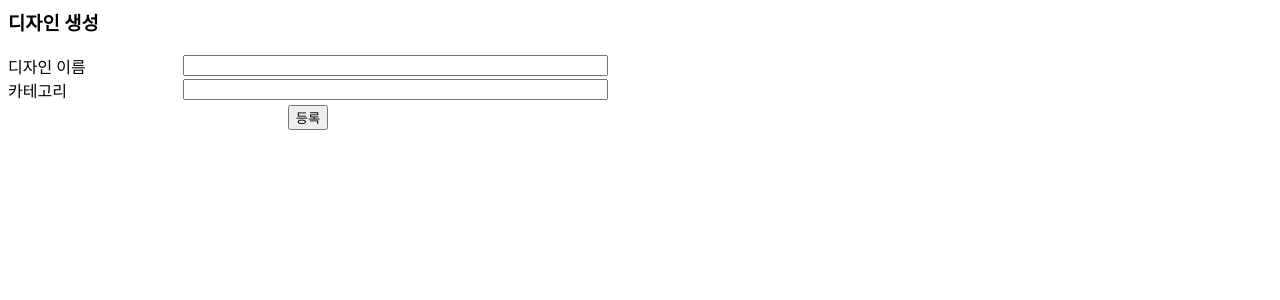
Repository: sjeong12/Photos
Page: http://localhost/LSJ_PHOTO/CustomDesign/addDesign.jsp
An editor plug-in stored every save of this project. The page is shown before and after the next save, followed by the edit.
The browser window is 1280 px wide. The pictures show the whole page.
The page is served by Tomcat 9. Other server files are loaded and not shown.

Above is the page before, as saved 2016-12-07 11:30:53.

### LSJ_PHOTO/WebContent/CustomDesign/addDesign.jsp
<%@ page language="java" contentType="text/html; charset=utf-8" %>
<!DOCTYPE HTML PUBLIC "-//W3C//DTD HTML 4.0 Transitional//EN">
<HTML>
 <HEAD>
  <TITLE>제품 업로드</TITLE>
 </HEAD>

<script language=javascript>
function valid_check()
{
	if (document.frm_d.name.value == "")
	{
		alert("세부 카테고리를 선택하세요");
		document.frm_d.name.focus();
		return false;
	}

	if (document.frm_d.category.value == "")
	{
		alert("카테고리를 선택하세요");
		document.frm_d.category.focus();
		return false;
	}

	document.frm_d.submit();
}
 </script>

<h3>디자인 생성</h3>
<BODY>
<FORM NAME = "frm_d" ACTION = "/LSJ_PHOTO/home.jsp?page=CustomDesign/addDesign_ok" METHOD = "post" ENCTYPE="multipart/form-data">
<TABLE WIDTH = "600" BORDER = "0" CellPadding = "0" CellSpacing = "0">
	<TR>
		<TD WIDTH = "40%" ALIGN = "left">디자인 이름</TD>
		<TD WIDTH = "60%" ALIGN = "left">
			<INPUT TYPE ="text" NAME="name" SIZE = "50" MAXLENGTH = "50">
		</TD>
	</TR>
	<TR>
		<TD WIDTH = "40%" ALIGN = "left">카테고리</TD>
		<TD WIDTH = "60%" ALIGN = "left">
			<INPUT TYPE ="text" NAME="category" SIZE = "50" MAXLENGTH = "50">
		</TD>
	</TR>
	<TR>
		<TD WIDTH = "100%" ALIGN = "center" COLSPAN = "2">
		<TABLE>
			<TR>
				<TD WIDTH = "34%" ALIGN = "center">
					<INPUT TYPE = "button" VALUE = "등록" onClick="valid_check()">
				</TD>
			</TR>
		</TABLE>
		</TD>
	</TR>
</TABLE>
</FORM>
</BODY>
</HTML>

After the next save:
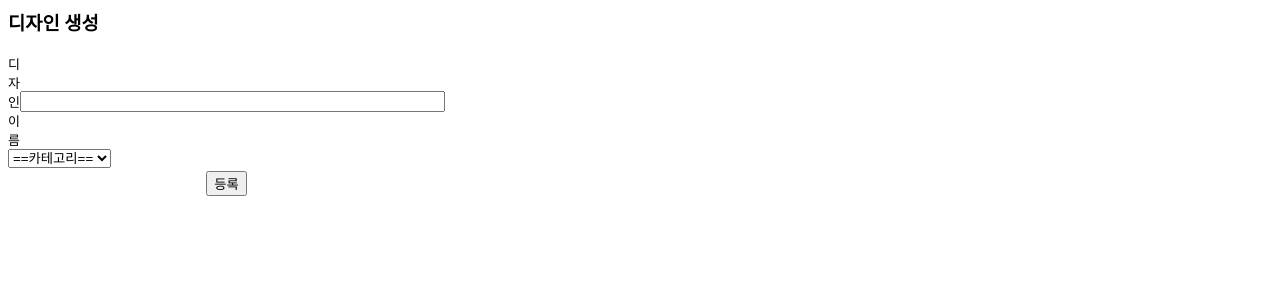
Saved 2 min 51 s later.
--- a/LSJ_PHOTO/WebContent/CustomDesign/addDesign.jsp
+++ b/LSJ_PHOTO/WebContent/CustomDesign/addDesign.jsp
@@ -8,17 +8,17 @@
 <script language=javascript>
 function valid_check()
 {
-	if (document.frm_d.name.value == "")
-	{
-		alert("세부 카테고리를 선택하세요");
-		document.frm_d.name.focus();
-		return false;
-	}
-
 	if (document.frm_d.category.value == "")
 	{
 		alert("카테고리를 선택하세요");
 		document.frm_d.category.focus();
+		return false;
+	}
+
+	if (document.frm_d.name.value == "")
+	{
+		alert("디자인 이름을 입력하세요");
+		document.frm_d.name.focus();
 		return false;
 	}
 
@@ -29,17 +29,21 @@ function valid_check()
 <h3>디자인 생성</h3>
 <BODY>
 <FORM NAME = "frm_d" ACTION = "/LSJ_PHOTO/home.jsp?page=CustomDesign/addDesign_ok" METHOD = "post" ENCTYPE="multipart/form-data">
-<TABLE WIDTH = "600" BORDER = "0" CellPadding = "0" CellSpacing = "0">
+<TABLE WIDTH = "400" BORDER = "0" CellPadding = "0" CellSpacing = "0">
 	<TR>
-		<TD WIDTH = "40%" ALIGN = "left">디자인 이름</TD>
+		<TD WIDTH = "40%" ALIGN = "left"><font size = 2>디자인 이름</font></TD>
 		<TD WIDTH = "60%" ALIGN = "left">
 			<INPUT TYPE ="text" NAME="name" SIZE = "50" MAXLENGTH = "50">
 		</TD>
 	</TR>
 	<TR>
-		<TD WIDTH = "40%" ALIGN = "left">카테고리</TD>
-		<TD WIDTH = "60%" ALIGN = "left">
-			<INPUT TYPE ="text" NAME="category" SIZE = "50" MAXLENGTH = "50">
+		<TD WIDTH = "40%" ALIGN = "left" COLSPAN = "2">
+		<SELECT NAME="category">
+        <OPTION VALUE="">==카테고리==</OPTION>
+        <OPTION VALUE="1">앨범</OPTION>
+        <OPTION VALUE="2">액자</OPTION>
+        <OPTION VALUE="3">디자인 소품</OPTION>
+        </SELECT>
 		</TD>
 	</TR>
 	<TR>
